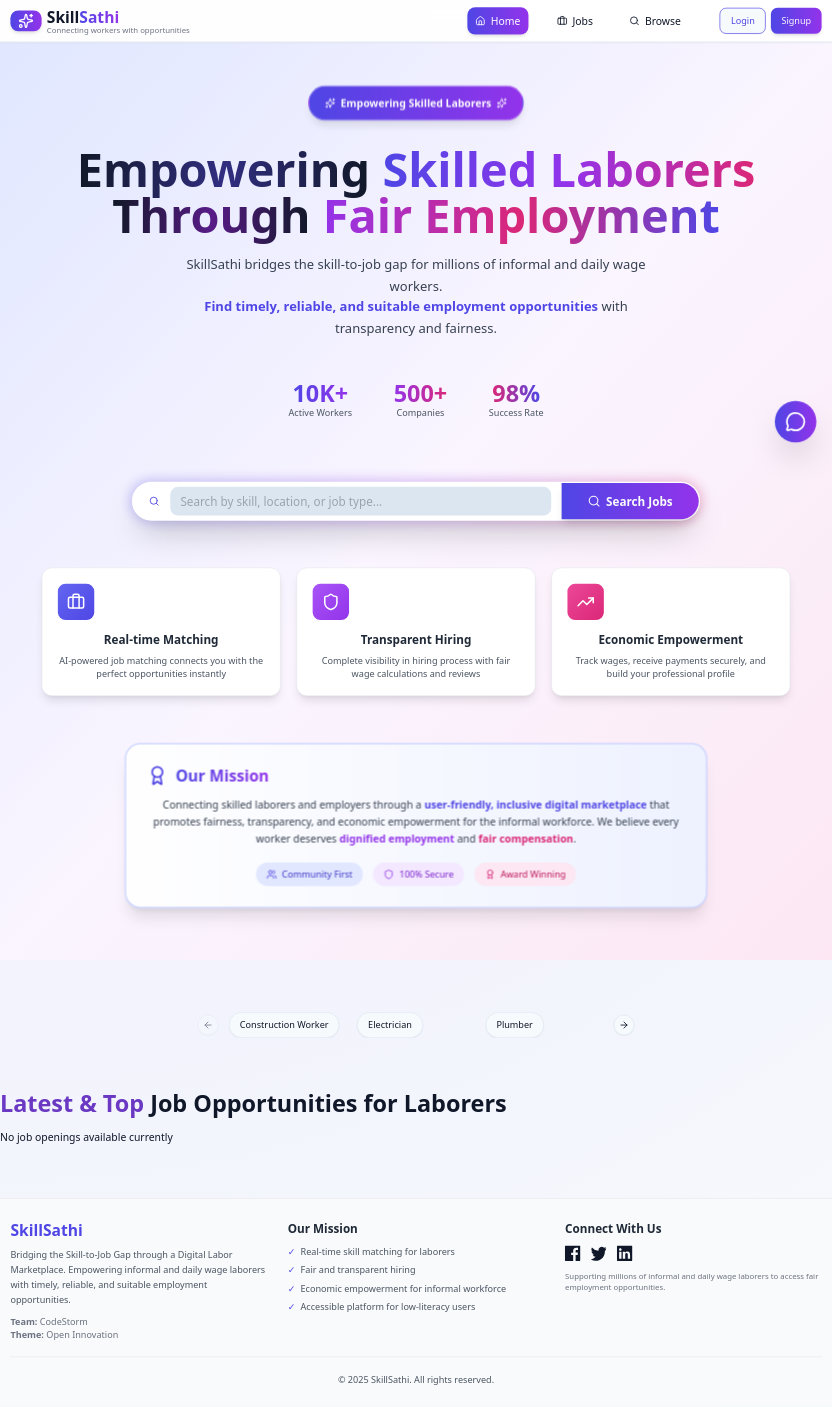
Repository: pi-AshuSingh/SkillSathi
Page: / (app in frontend/)
An editor plug-in stored every save of this project. The page is shown before and after the next save, followed by the edit.
The browser window is 1280 px wide. The pictures show the whole page, at 65% of full size.
The page's requests for data from a server got no answer. The project was rebuilt for these pictures with package versions that can differ from the ones it lists, and the page was loaded fresh each time. No one was signed in, and anything a server would have sent is missing. Also part of the build but not shown: frontend/vite.config.js, frontend/src/components/ui/popover.jsx, frontend/src/components/ui/avatar.jsx, frontend/src/components/ui/label.jsx, frontend/src/components/ui/input.jsx, frontend/src/components/ui/radio-group.jsx, frontend/src/components/auth/Login.jsx, frontend/src/components/auth/Signup.jsx and 32 more.

Above is the page before, as saved 2025-11-11 01:25:24.

### frontend/index.html
<!doctype html>
<html lang="en">
  <head>
    <meta charset="UTF-8" />
    <link rel="icon" type="image/svg+xml" href="/vite.svg" />
    <meta name="viewport" content="width=device-width, initial-scale=1.0" />
    <title>SkillSathi</title>
  </head>
  <body>
    <div id="root"></div>
    <script type="module" src="/src/main.jsx"></script>
  </body>
</html>

### frontend/src/index.css
@tailwind base;
@tailwind components;
@tailwind utilities;

@layer base {
  :root {
    /* Light mode colors */
    --background: 210 60% 98%;
    --foreground: 222 47% 11%;

    --card: 210 65% 96%;
    --card-foreground: 222 47% 11%;

    --popover: 210 65% 96%;
    --popover-foreground: 222 47% 11%;

    --primary: 255 84% 60%; /* vibrant blue */
    --primary-foreground: 210 40% 98%;

    --secondary: 300 45% 70%; /* gentle purple */
    --secondary-foreground: 255 84% 60%;

    --muted: 210 40% 95%;
    --muted-foreground: 210 20% 50%;

    --accent: 46 85% 65%; /* fresh green */
    --accent-foreground: 210 40% 98%;

    --destructive: 344 85% 58%; /* soft red */
    --destructive-foreground: 210 40% 98%;

    --border: 210 40% 90%;
    --input: 210 40% 90%;
    --ring: 255 84% 70%;

    --radius: 0.75rem;
    --shadow-sm: 0 1px 2px rgb(0 0 0 / 0.05);
    --shadow-md: 0 4px 6px rgb(0 0 0 / 0.1);
    --shadow-lg: 0 10px 15px rgb(0 0 0 / 0.15);
  }

  .dark {
    /* Dark mode colors */
    --background: 222 20% 15%;
    --foreground: 210 40% 98%;

    --card: 222 20% 20%;
    --card-foreground: 210 40% 98%;

    --popover: 222 20% 20%;
    --popover-foreground: 210 40% 98%;

    --primary: 255 84% 70%;
    --primary-foreground: 222 47% 11%;

    --secondary: 300 55% 75%;
    --secondary-foreground: 255 84% 70%;

    --muted: 222 20% 25%;
    --muted-foreground: 210 20% 70%;

    --accent: 140 60% 55%;
    --accent-foreground: 210 40% 98%;

    --destructive: 344 70% 58%;
    --destructive-foreground: 210 40% 98%;

    --border: 222 20% 25%;
    --input: 222 20% 25%;
    --ring: 255 84% 90%;
  }
}

@layer base {
  * {
    @apply border-border;
    transition-property: background-color, border-color, color, fill, stroke, box-shadow, transform;
    transition-duration: 300ms;
    transition-timing-function: cubic-bezier(0.4, 0, 0.2, 1);
  }

  body {
    @apply bg-background text-foreground font-sans leading-relaxed;
    background-image: radial-gradient(circle at top left, hsl(var(--primary) / 0.1), transparent);
  }

  button {
    @apply shadow-sm rounded-[var(--radius)] hover:shadow-md focus:outline-none focus:ring-2 focus:ring-offset-2 focus:ring-primary;
  }

  .card {
    @apply bg-card text-card-foreground p-6 rounded-[var(--radius)] shadow-md hover:shadow-lg transition-shadow;
  }

  input[type="text"], textarea, select {
    @apply bg-input border border-border rounded-[var(--radius)] px-4 py-2 focus:outline-none focus:ring-2 focus:ring-offset-1 focus:ring-accent transition;
  }
}

### frontend/src/components/ui/sonner.jsx
import { useTheme } from "next-themes"
import { Toaster as Sonner } from "sonner"

const Toaster = ({
  ...props
}) => {
  const { theme = "system" } = useTheme()

  return (
    (<Sonner
      theme={theme}
      className="toaster group"
      toastOptions={{
        classNames: {
          toast:
            "group toast group-[.toaster]:bg-background group-[.toaster]:text-foreground group-[.toaster]:border-border group-[.toaster]:shadow-lg",
          description: "group-[.toast]:text-muted-foreground",
          actionButton:
            "group-[.toast]:bg-primary group-[.toast]:text-primary-foreground",
          cancelButton:
            "group-[.toast]:bg-muted group-[.toast]:text-muted-foreground",
        },
      }}
      {...props} />)
  );
}

export { Toaster }

### frontend/src/components/Home.jsx
import React, { useEffect } from 'react'
import Navbar from './shared/Navbar'
import HeroSection from './HeroSection'
import CategoryCarousel from './CategoryCarousel'
import LatestJobs from './LatestJobs'
import Footer from './shared/Footer'
import useGetAllJobs from '@/hooks/useGetAllJobs'
import { useSelector } from 'react-redux'
import { useNavigate } from 'react-router-dom'

const Home = () => {
  useGetAllJobs();
  const { user } = useSelector(store => store.auth);
  const navigate = useNavigate();
  useEffect(() => {
    if (user?.role === 'recruiter') {
      navigate("/admin/companies");
    }
  }, []);
  return (
    <div>
      <Navbar />
      <HeroSection />
      <CategoryCarousel />
      <LatestJobs />
      <Footer />
    </div>
  )
}

export default Home

### frontend/src/components/ui/button.jsx
import * as React from "react"
import { Slot } from "@radix-ui/react-slot"
import { cva } from "class-variance-authority";

import { cn } from "@/lib/utils"

const buttonVariants = cva(
  "inline-flex items-center justify-center whitespace-nowrap rounded-md text-sm font-medium ring-offset-background transition-colors focus-visible:outline-none focus-visible:ring-2 focus-visible:ring-ring focus-visible:ring-offset-2 disabled:pointer-events-none disabled:opacity-50",
  {
    variants: {
      variant: {
        default: "bg-primary text-primary-foreground hover:bg-primary/90",
        destructive:
          "bg-destructive text-destructive-foreground hover:bg-destructive/90",
        outline:
          "border border-input bg-background hover:bg-accent hover:text-accent-foreground",
        secondary:
          "bg-secondary text-secondary-foreground hover:bg-secondary/80",
        ghost: "hover:bg-accent hover:text-accent-foreground",
        link: "text-primary underline-offset-4 hover:underline",
      },
      size: {
        default: "h-10 px-4 py-2",
        sm: "h-9 rounded-md px-3",
        lg: "h-11 rounded-md px-8",
        icon: "h-10 w-10",
      },
    },
    defaultVariants: {
      variant: "default",
      size: "default",
    },
  }
)

const Button = React.forwardRef(({ className, variant, size, asChild = false, ...props }, ref) => {
  const Comp = asChild ? Slot : "button"
  return (
    (<Comp
      className={cn(buttonVariants({ variant, size, className }))}
      ref={ref}
      {...props} />)
  );
})
Button.displayName = "Button"

export { Button, buttonVariants }

### frontend/src/components/CategoryCarousel.jsx
import React from 'react';
import { Carousel, CarouselContent, CarouselItem, CarouselNext, CarouselPrevious } from './ui/carousel';
import { Button } from './ui/button';
import { useDispatch } from 'react-redux';
import { useNavigate } from 'react-router-dom';
import { setSearchedQuery } from '@/redux/jobSlice';

const categories = [
  "Construction Worker",
  "Electrician",
  "Plumber",
  "Carpenter",
  "Daily Wage Laborer"
];

const CategoryCarousel = () => {
  const dispatch = useDispatch();
  const navigate = useNavigate();

  const searchJobHandler = (query) => {
    dispatch(setSearchedQuery(query));
    navigate("/browse");
  }

  return (
    <div>
      <Carousel className="w-full max-w-xl mx-auto my-20">
        <CarouselContent>
          {
            categories.map((cat, index) => (
              <CarouselItem className="md:basis-1/2 lg:basis-1/3" key={index}>
                <Button onClick={() => searchJobHandler(cat)} variant="outline" className="rounded-full">
                  {cat}
                </Button>
              </CarouselItem>
            ))
          }
        </CarouselContent>
        <CarouselPrevious />
        <CarouselNext />
      </Carousel>
    </div>
  )
}

export default CategoryCarousel;

### frontend/src/components/LatestJobs.jsx
import React from 'react';
import LatestJobCards from './LatestJobCards';
import { useSelector } from 'react-redux';

const LatestJobs = () => {
  const { allJobs } = useSelector(store => store.job);

  return (
    <div className='max-w-7xl mx-auto my-20'>
      <h1 className='text-4xl font-bold'>
        <span className='text-[#6A38C2]'>Latest & Top </span> Job Opportunities for Laborers
      </h1>
      <div className='grid grid-cols-1 sm:grid-cols-2 md:grid-cols-3 gap-4 my-5'>
        {
          allJobs.length <= 0
          ? <span>No job openings available currently</span>
          : allJobs.slice(0, 6).map((job) => <LatestJobCards key={job._id} job={job} />)
        }
      </div>
    </div>
  );
};

export default LatestJobs;

### frontend/src/components/shared/Footer.jsx
import React from 'react';

const Footer = () => {
  return (
    <footer className="border-t border-t-gray-200 py-8 bg-gray-50">
      <div className="container mx-auto px-4">
        <div className="grid grid-cols-1 md:grid-cols-3 gap-8 mb-6">
          {/* About Section */}
          <div>
            <h2 className="text-2xl font-bold text-indigo-600 mb-3">SkillSathi</h2>
            <p className="text-sm text-gray-600 leading-relaxed">
              Bridging the Skill-to-Job Gap through a Digital Labor Marketplace.
              Empowering informal and daily wage laborers with timely, reliable, and suitable employment opportunities.
            </p>
            <p className="text-sm text-gray-500 mt-3">
              <strong>Team:</strong> CodeStorm<br />
              <strong>Theme:</strong> Open Innovation
            </p>
            </div>

          {/* Mission Section */}
          <div>
            <h3 className="text-lg font-semibold mb-3 text-gray-800">Our Mission</h3>
            <ul className="text-sm text-gray-600 space-y-2">
              <li className="flex items-start">
                <span className="text-indigo-600 mr-2">✓</span>
                <span>Real-time skill matching for laborers</span>
              </li>
              <li className="flex items-start">
                <span className="text-indigo-600 mr-2">✓</span>
                <span>Fair and transparent hiring</span>
              </li>
              <li className="flex items-start">
                <span className="text-indigo-600 mr-2">✓</span>
                <span>Economic empowerment for informal workforce</span>
              </li>
              <li className="flex items-start">
                <span className="text-indigo-600 mr-2">✓</span>
                <span>Accessible platform for low-literacy users</span>
              </li>
            </ul>
          </div>

          {/* Connect Section */}
          <div>
            <h3 className="text-lg font-semibold mb-3 text-gray-800">Connect With Us</h3>
            <div className="flex space-x-4 mb-4">
              <a href="https://facebook.com" className="hover:text-indigo-600 transition-colors" aria-label="Facebook">
                <svg className="w-6 h-6" fill="currentColor" viewBox="0 0 24 24">
                  <path d="M22.676 0H1.324C.593 0 0 .592 0 1.324v21.352C0 23.408.593 24 1.324 24H12.82V14.706H9.692v-3.578h3.128V8.408c0-3.1 1.893-4.787 4.657-4.787 1.325 0 2.463.1 2.794.144v3.238l-1.918.001c-1.503 0-1.794.715-1.794 1.762v2.31h3.587l-.468 3.578h-3.119V24h6.116C23.407 24 24 23.408 24 22.676V1.324C24 .592 23.407 0 22.676 0z" />
                </svg>
              </a>
              <a href="https://twitter.com" className="hover:text-indigo-600 transition-colors" aria-label="Twitter">
                <svg className="w-6 h-6" fill="currentColor" viewBox="0 0 24 24">
                  <path d="M24 4.557a9.835 9.835 0 01-2.828.775 4.934 4.934 0 002.165-2.724 9.867 9.867 0 01-3.127 1.195 4.924 4.924 0 00-8.38 4.49A13.978 13.978 0 011.67 3.149 4.93 4.93 0 003.16 9.724a4.903 4.903 0 01-2.229-.616v.062a4.93 4.93 0 003.946 4.827 4.902 4.902 0 01-2.224.084 4.93 4.93 0 004.6 3.417A9.869 9.869 0 010 21.543a13.978 13.978 0 007.548 2.212c9.057 0 14.01-7.507 14.01-14.01 0-.213-.004-.425-.015-.636A10.012 10.012 0 0024 4.557z" />
                </svg>
              </a>
              <a href="https://linkedin.com" className="hover:text-indigo-600 transition-colors" aria-label="LinkedIn">
                <svg className="w-6 h-6" fill="currentColor" viewBox="0 0 24 24">
                  <path d="M20.447 20.452H16.85v-5.569c0-1.327-.027-3.037-1.852-3.037-1.854 0-2.137 1.446-2.137 2.94v5.666H9.147V9.756h3.448v1.464h.05c.48-.91 1.653-1.871 3.401-1.871 3.634 0 4.307 2.39 4.307 5.498v5.605zM5.337 8.29c-1.105 0-2-.896-2-2 0-1.106.895-2 2-2 1.104 0 2 .895 2 2 0 1.104-.896 2-2 2zM7.119 20.452H3.553V9.756h3.566v10.696zM22.225 0H1.771C.791 0 0 .774 0 1.729v20.542C0 23.226.792 24 1.771 24h20.451c.979 0 1.771-.774 1.771-1.729V1.729C24 .774 23.205 0 22.225 0z" />
                </svg>
              </a>
            </div>
            <p className="text-xs text-gray-500">
              Supporting millions of informal and daily wage laborers to access fair employment opportunities.
            </p>
          </div>
        </div>

        {/* Bottom Bar */}
        <div className="border-t border-gray-200 pt-6 text-center">
          <p className="text-sm text-gray-600">
          © 2025 SkillSathi. All rights reserved.
          </p>
        </div>
      </div>
    </footer>
  );
}

export default Footer;

### frontend/src/hooks/useGetAllJobs.jsx
import { setAllJobs } from '@/redux/jobSlice'
import { JOB_API_END_POINT } from '@/utils/constant'
import axios from 'axios'
import { useEffect } from 'react'
import { useDispatch, useSelector } from 'react-redux'

const useGetAllJobs = () => {
    const dispatch = useDispatch();
    const {searchedQuery} = useSelector(store=>store.job);
    useEffect(()=>{
        const fetchAllJobs = async () => {
            try {
                const res = await axios.get(`${JOB_API_END_POINT}/get?keyword=${searchedQuery}`,{withCredentials:true});
                if(res.data.success){
                    dispatch(setAllJobs(res.data.jobs));
                }
            } catch (error) {
                console.log(error);
                if (error?.response?.status === 401) {
                    dispatch(setAllJobs([])); // Clear jobs on unauthorized
                }
            }
        }
        fetchAllJobs();
    },[])
}

export default useGetAllJobs

### frontend/src/components/ui/carousel.jsx
import * as React from "react"
import useEmblaCarousel from "embla-carousel-react";
import { ArrowLeft, ArrowRight } from "lucide-react"

import { cn } from "@/lib/utils"
import { Button } from "@/components/ui/button"

const CarouselContext = React.createContext(null)

function useCarousel() {
  const context = React.useContext(CarouselContext)

  if (!context) {
    throw new Error("useCarousel must be used within a <Carousel />")
  }

  return context
}

const Carousel = React.forwardRef((
  {
    orientation = "horizontal",
    opts,
    setApi,
    plugins,
    className,
    children,
    ...props
  },
  ref
) => {
  const [carouselRef, api] = useEmblaCarousel({
    ...opts,
    axis: orientation === "horizontal" ? "x" : "y",
  }, plugins)
  const [canScrollPrev, setCanScrollPrev] = React.useState(false)
  const [canScrollNext, setCanScrollNext] = React.useState(false)

  const onSelect = React.useCallback((api) => {
    if (!api) {
      return
    }

    setCanScrollPrev(api.canScrollPrev())
    setCanScrollNext(api.canScrollNext())
  }, [])

  const scrollPrev = React.useCallback(() => {
    api?.scrollPrev()
  }, [api])

  const scrollNext = React.useCallback(() => {
    api?.scrollNext()
  }, [api])

  const handleKeyDown = React.useCallback((event) => {
    if (event.key === "ArrowLeft") {
      event.preventDefault()
      scrollPrev()
    } else if (event.key === "ArrowRight") {
      event.preventDefault()
      scrollNext()
    }
  }, [scrollPrev, scrollNext])

  React.useEffect(() => {
    if (!api || !setApi) {
      return
    }

    setApi(api)
  }, [api, setApi])

  React.useEffect(() => {
    if (!api) {
      return
    }

    onSelect(api)
    api.on("reInit", onSelect)
    api.on("select", onSelect)

    return () => {
      api?.off("select", onSelect)
    };
  }, [api, onSelect])

  return (
    (<CarouselContext.Provider
      value={{
        carouselRef,
        api: api,
        opts,
        orientation:
          orientation || (opts?.axis === "y" ? "vertical" : "horizontal"),
        scrollPrev,
        scrollNext,
        canScrollPrev,
        canScrollNext,
      }}>
      <div
        ref={ref}
        onKeyDownCapture={handleKeyDown}
        className={cn("relative", className)}
        role="region"
        aria-roledescription="carousel"
        {...props}>
        {children}
      </div>
    </CarouselContext.Provider>)
  );
})
Carousel.displayName = "Carousel"

const CarouselContent = React.forwardRef(({ className, ...props }, ref) => {
  const { carouselRef, orientation } = useCarousel()

  return (
    (<div ref={carouselRef} className="overflow-hidden">
      <div
        ref={ref}
        className={cn(
          "flex",
          orientation === "horizontal" ? "-ml-4" : "-mt-4 flex-col",
          className
        )}
        {...props} />
    </div>)
  );
})
CarouselContent.displayName = "CarouselContent"

const CarouselItem = React.forwardRef(({ className, ...props }, ref) => {
  const { orientation } = useCarousel()

  return (
    (<div
      ref={ref}
      role="group"
      aria-roledescription="slide"
      className={cn(
        "min-w-0 shrink-0 grow-0 basis-full",
        orientation === "horizontal" ? "pl-4" : "pt-4",
        className
      )}
      {...props} />)
  );
})
CarouselItem.displayName = "CarouselItem"

const CarouselPrevious = React.forwardRef(({ className, variant = "outline", size = "icon", ...props }, ref) => {
  const { orientation, scrollPrev, canScrollPrev } = useCarousel()

  return (
    (<Button
      ref={ref}
      variant={variant}
      size={size}
      className={cn("absolute  h-8 w-8 rounded-full", orientation === "horizontal"
        ? "-left-12 top-1/2 -translate-y-1/2"
        : "-top-12 left-1/2 -translate-x-1/2 rotate-90", className)}
      disabled={!canScrollPrev}
      onClick={scrollPrev}
      {...props}>
      <ArrowLeft className="h-4 w-4" />
      <span className="sr-only">Previous slide</span>
    </Button>)
  );
})
CarouselPrevious.displayName = "CarouselPrevious"

const CarouselNext = React.forwardRef(({ className, variant = "outline", size = "icon", ...props }, ref) => {
  const { orientation, scrollNext, canScrollNext } = useCarousel()

  return (
    (<Button
      ref={ref}
      variant={variant}
      size={size}
      className={cn("absolute h-8 w-8 rounded-full", orientation === "horizontal"
        ? "-right-12 top-1/2 -translate-y-1/2"
        : "-bottom-12 left-1/2 -translate-x-1/2 rotate-90", className)}
      disabled={!canScrollNext}
      onClick={scrollNext}
      {...props}>
      <ArrowRight className="h-4 w-4" />
      <span className="sr-only">Next slide</span>
    </Button>)
  );
})
CarouselNext.displayName = "CarouselNext"

export { Carousel, CarouselContent, CarouselItem, CarouselPrevious, CarouselNext };

Loaded but not shown: frontend/src/main.jsx (common file); frontend/src/redux/authSlice.js (common file); frontend/src/redux/applicationSlice.js (common file); frontend/src/lib/utils.js (common file); frontend/tailwind.config.js (common file); frontend/src/redux/jobSlice.js (43 lines, source omitted); frontend/src/redux/store.js (43 lines, source omitted); frontend/src/redux/companySlice.js (24 lines, source omitted); frontend/src/utils/constant.js (9 lines, source omitted); frontend/src/components/shared/Navbar.jsx (274 lines, source omitted); frontend/src/components/Chatbot.jsx (275 lines, source omitted); frontend/src/components/HeroSection.jsx (156 lines, source omitted); frontend/src/App.jsx (196 lines, source omitted)

After the next save:
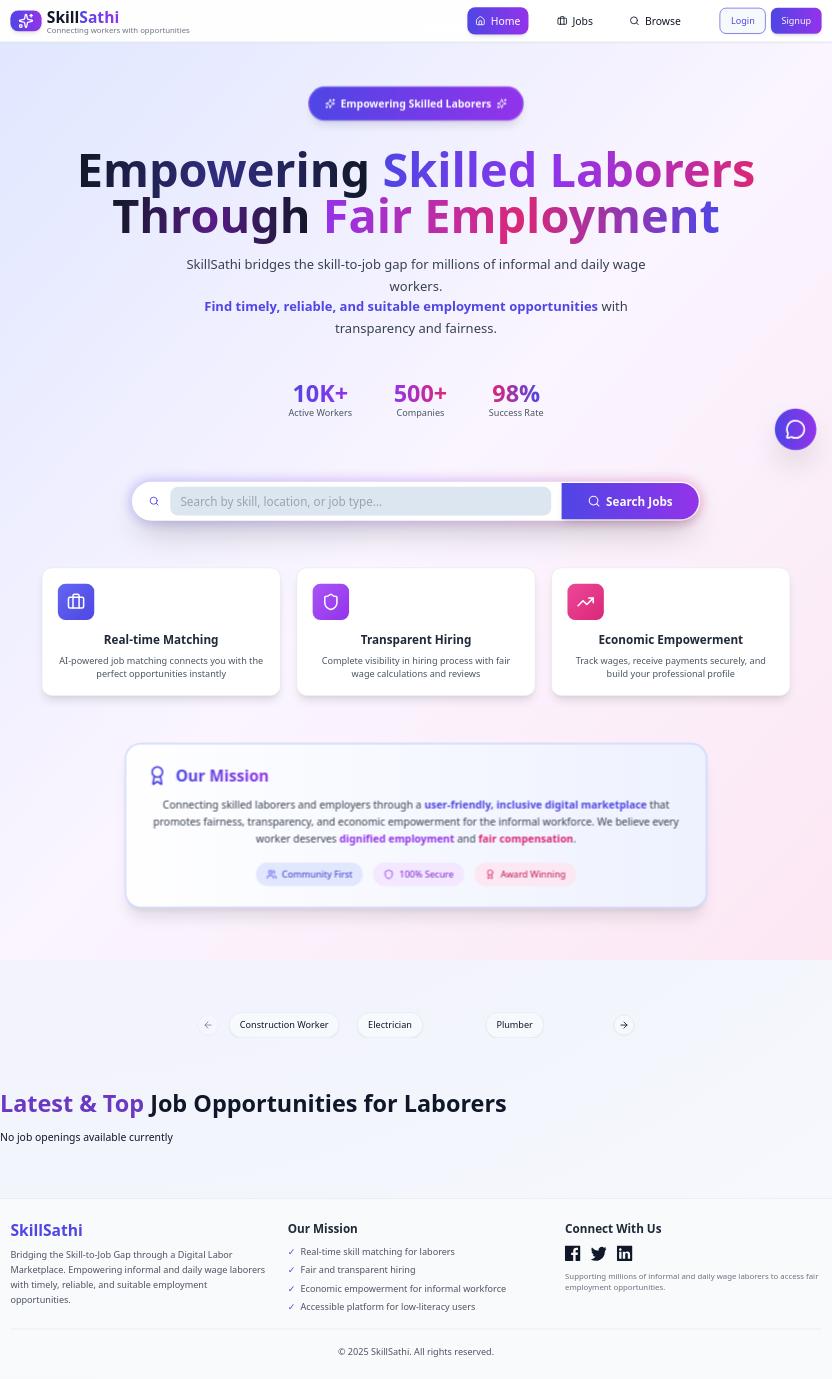
Saved 2 min 3 s later.
--- a/frontend/src/components/shared/Footer.jsx
+++ b/frontend/src/components/shared/Footer.jsx
@@ -12,10 +12,7 @@ const Footer = () => {
               Bridging the Skill-to-Job Gap through a Digital Labor Marketplace.
               Empowering informal and daily wage laborers with timely, reliable, and suitable employment opportunities.
             </p>
-            <p className="text-sm text-gray-500 mt-3">
-              <strong>Team:</strong> CodeStorm<br />
-              <strong>Theme:</strong> Open Innovation
-            </p>
+
             </div>
 
           {/* Mission Section */}
